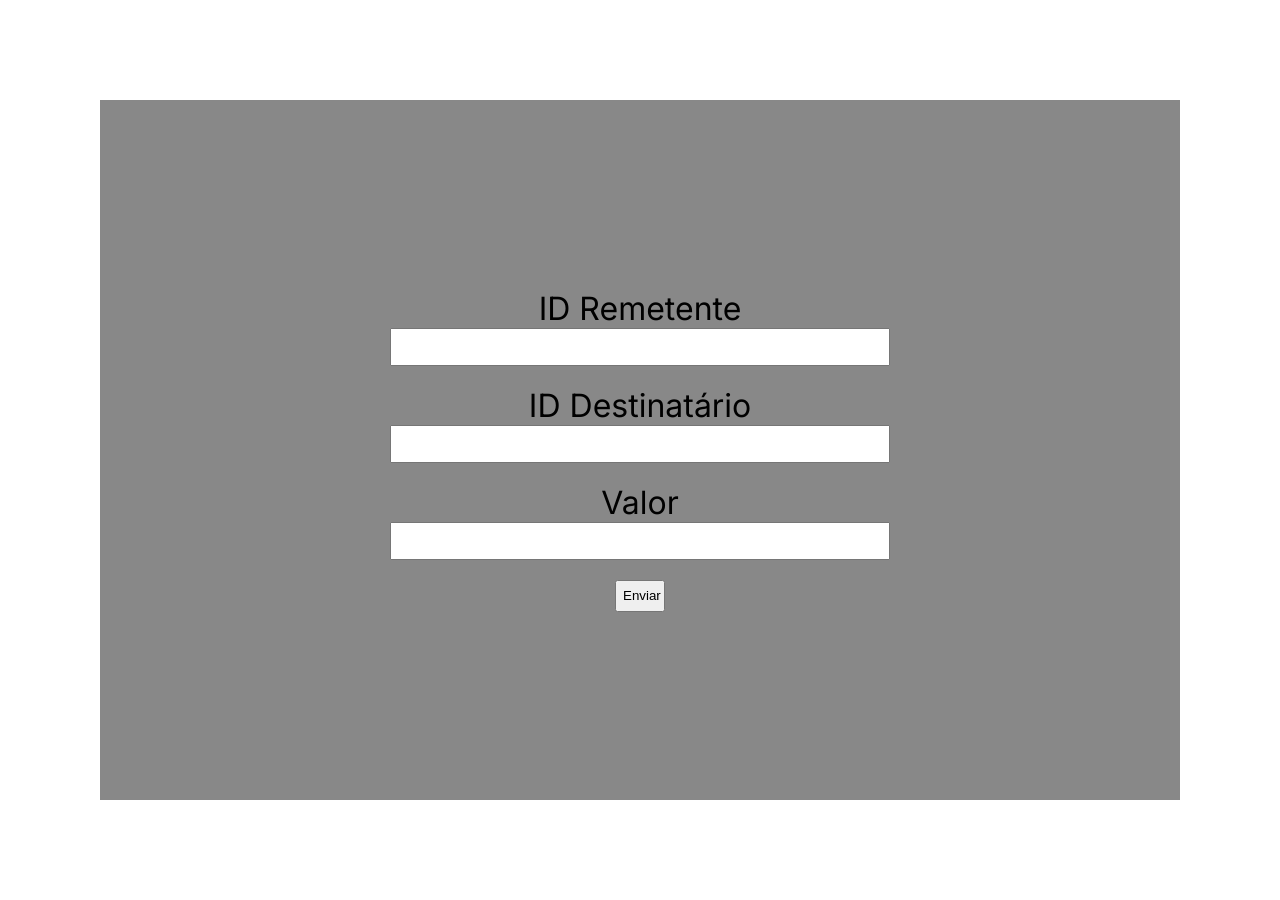
Repository: mateusilva8/tarefa-pix
Page: frontend/pix.html
An editor plug-in stored every save of this project. The page is shown before and after the next save, followed by the edit.
The browser window is 1280 px wide. The pictures show the whole page.

Above is the page before, as saved 2023-10-22 14:10:31.

### frontend/pix.html
<!DOCTYPE html>
<html lang="pt-BR">
<head>
  <meta charset="UTF-8">
  <meta name="viewport" content="width=device-width, initial-scale=1.0">
  <title>PIX</title>
  <link rel="preconnect" href="https://fonts.googleapis.com">
  <link rel="preconnect" href="https://fonts.gstatic.com" crossorigin>
  <link href="https://fonts.googleapis.com/css2?family=Inter:wght@400;700&display=swap" rel="stylesheet">
  <link rel="stylesheet" href="./css/pix.css">
</head>
<body>
    <div class="container">
        <div class="formulario">
            <form id="form">
                <div class="mb-3">
                  <label for="idRemetente" class="form-label">ID Remetente</label>
                  <input type="number" class="form-control" id="idRemetente">
                </div>
                <div class="mb-3">
                  <label for="idDestinatario" class="form-label">ID Destinatário</label>
                  <input type="number" class="form-control" id="idDestinatario">
                </div>
                <div class="mb-3">
                  <label for="valor" class="form-label">Valor</label>
                  <input type="number" class="form-control" id="valor">
                </div>
                <button type="button" class="btn" id="botaoEnviar">Enviar</button>
              </form>
        </div>
    </div>



  <script src="https://code.jquery.com/jquery-3.3.1.slim.min.js" integrity="sha384-q8i/X+965DzO0rT7abK41JStQIAqVgRVzpbzo5smXKp4YfRvH+8abtTE1Pi6jizo" crossorigin="anonymous"></script>
  <script src="https://cdnjs.cloudflare.com/ajax/libs/popper.js/1.14.3/umd/popper.min.js" integrity="sha384-ZMP7rVo3mIykV+2+9J3UJ46jBk0WLaUAdn689aCwoqbBJiSnjAK/l8WvCWPIPm49" crossorigin="anonymous"></script>
  <script src="./js/pix.js"></script>
</body>
</html>

### frontend/css/pix.css
body {
    margin: 0;
    padding: 0;
    font-family: 'Inter', sans-serif;
}

.container {
    display: flex;
    background-color: rgb(136, 136, 136);
    height: 700px;
    margin: 100px;
    justify-content: center;
    align-items: center;
}

.formulario {
    width: 100%;
    display: flex;
    flex-direction: column;
    align-items: center;
}

.formulario form {
    width: 500px;
    display: flex;
    flex-direction: column;
    align-items: center;
}

.mb-3 {
    display: flex;
    flex-direction: column;
    width: 100%;
    margin-bottom: 20px;
    font-size: 2rem;
    text-align: center;
}

input {
    height: 2rem;

}

.btn {
    width: 50px;
    height: 2rem;
}

### frontend/js/pix.js
let idRemetente = document.getElementById('idRemetente');
let idDestinatario = document.getElementById('idDestinatario');
let valor = document.getElementById('valor')


async function realizarPix () {
    let payload = {
        senderId: idRemetente.value,
        recipientId: idDestinatario.value,
        value: valor.value,
      };

      let resposta = await fetch(`http://localhost:3000/pix-api/pix`, {
        method: 'POST',
        headers: {
            "Content-type" : 'application/json',
            "Acccept": 'appplication/json'
        },
        body: JSON.stringify(payload)
      });

      let mensagem = await resposta.json()

      if (mensagem.mensagem) {
          console.log(mensagem);
          alert(mensagem.mensagem);
      }else {
        console.log(mensagem);
        if (mensagem.error == 'The attribute "value" is required.')
        alert('Digite um valor válido');
        if (mensagem.error == 'The attribute "senderId" is required.')
        alert('Informe o ID do remetente');
        if (mensagem.error == 'The attribute "recipientId" is required.')
        alert('Informe o ID do destinatário');
      }

}

let botaoPix = document.getElementById('botaoEnviar');
  botaoPix.addEventListener('click', () => {
    realizarPix();
  })

After the next save:
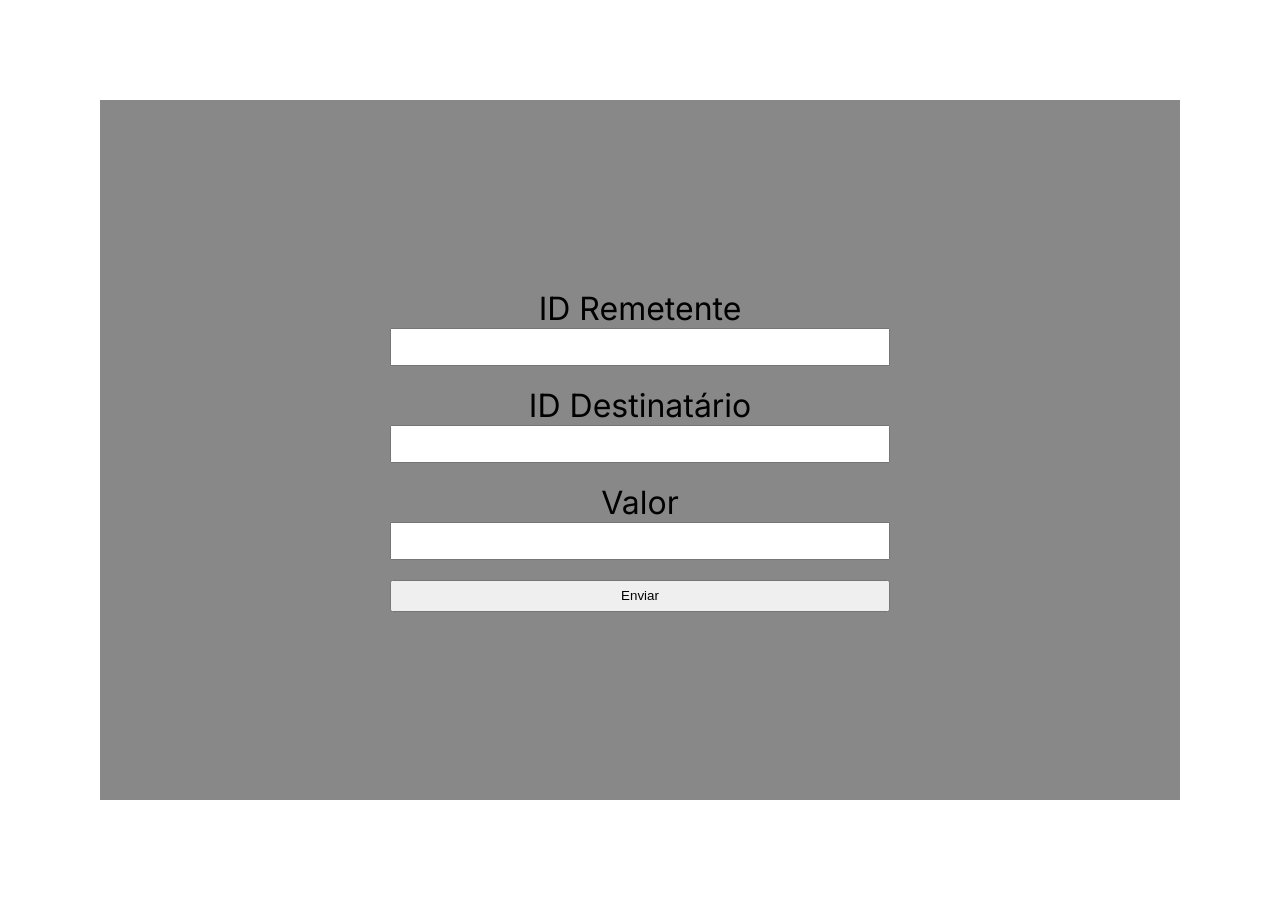
Saved 56 s later.
--- a/frontend/css/pix.css
+++ b/frontend/css/pix.css
@@ -42,6 +42,6 @@ input {
 }
 
 .btn {
-    width: 50px;
+    width: 500px;
     height: 2rem;
 }
